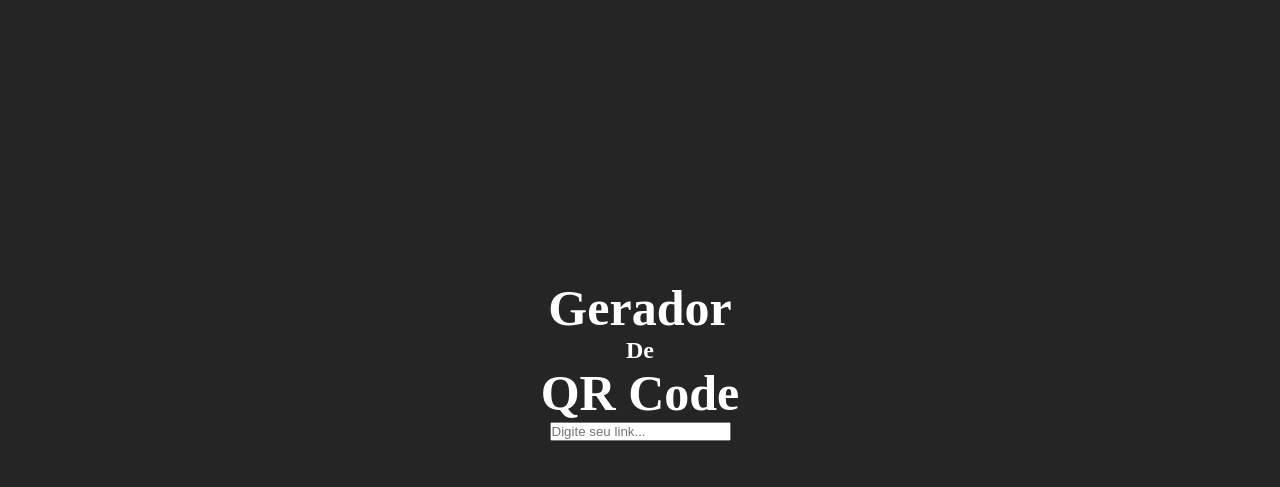
Repository: odiloalmeida/qrcode-generator
Page: /
An editor plug-in stored every save of this project. The page is shown before and after the next save, followed by the edit.
The browser window is 1280 px wide. The pictures show the whole page.
The project was rebuilt for these pictures with package versions that can differ from the ones it lists, and the page was loaded fresh each time. Also part of the build but not shown: vite.config.js.

Above is the page before, as saved 2022-11-22 18:46:12.

After the next save:
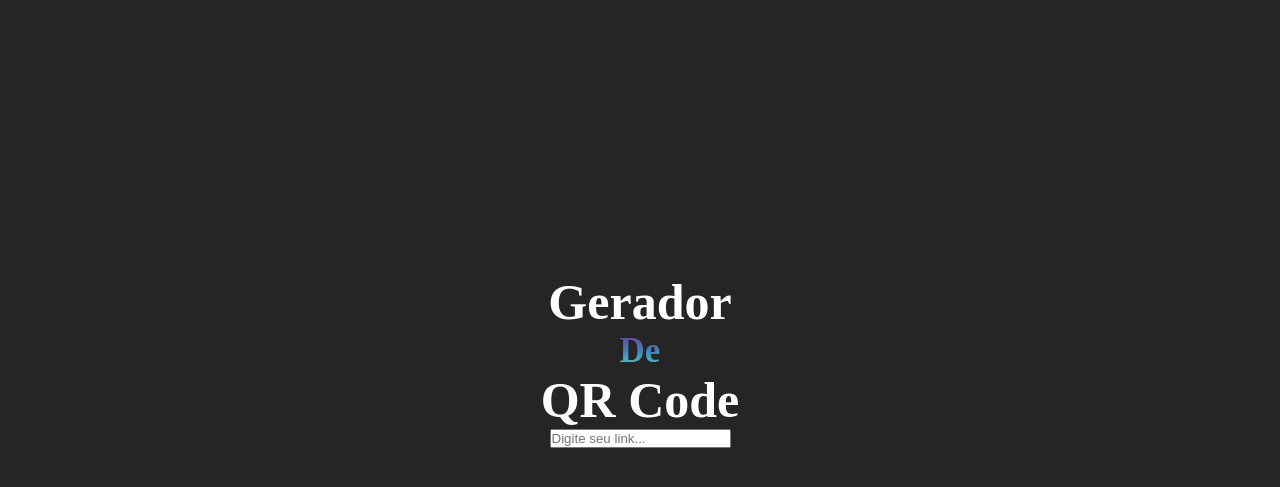
Saved 56 s later.
--- a/src/App.css
+++ b/src/App.css
@@ -18,3 +18,12 @@
 .container-wrap h1{
   font-size: 50px;
 }
+
+.container-wrap h2{
+  font-size: 35px;
+  background-image: linear-gradient(to bottom, rebeccapurple, steelblue, turquoise);
+  background-clip: text;
+  -webkit-background-clip: text;
+  -webkit-text-fill-color: transparent;
+  color: black;
+}
